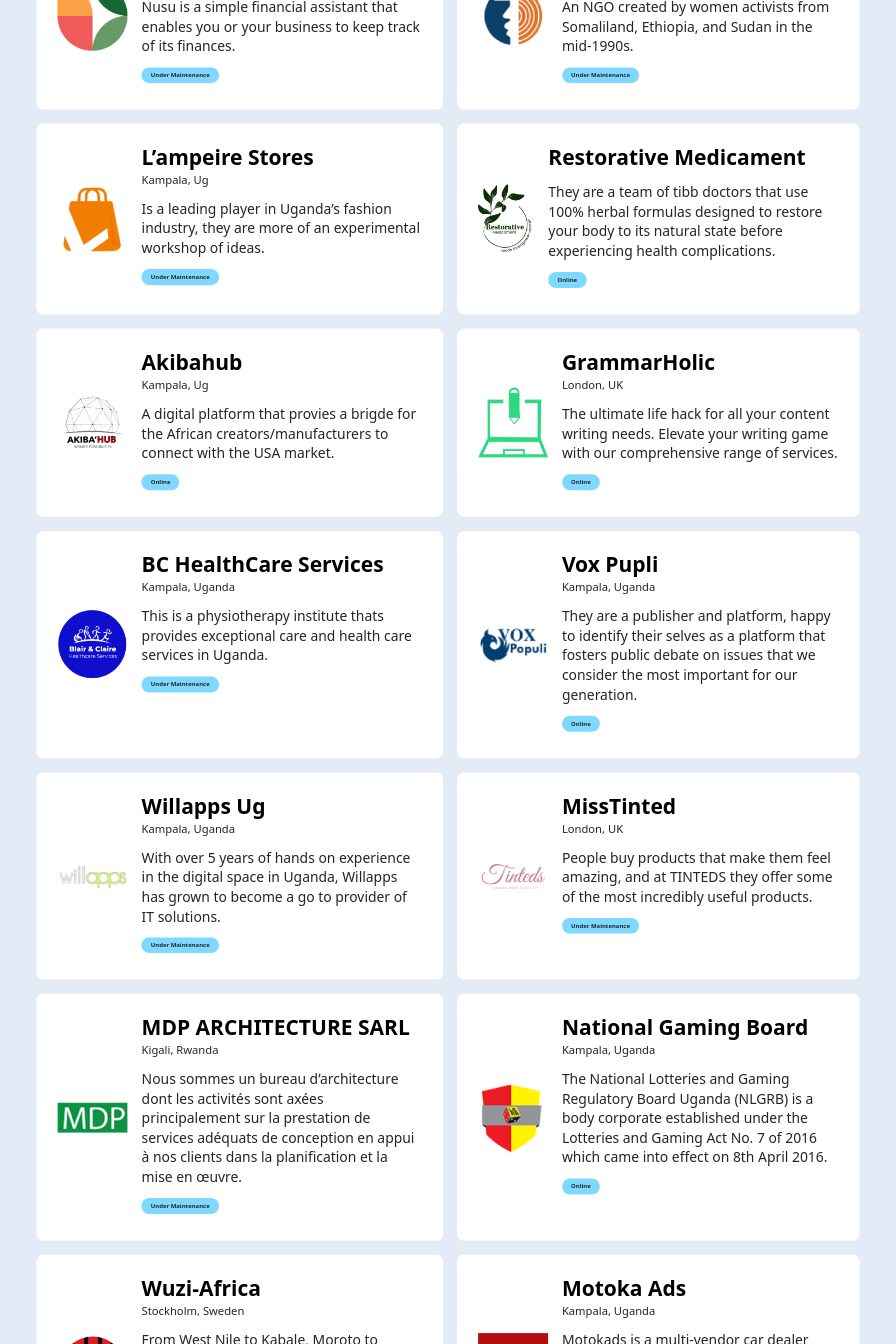
Repository: kaizoku010/firebrand
Page: /apps
An editor plug-in stored every save of this project. The page is shown before and after a run of saves, followed by the edit.
The browser window is 1280 px wide. The pictures show the part of the page from y = 1209 to 3129 px (the page is 3496 px tall before and 3520 px after), at 70% of full size.
The project was rebuilt for these pictures with package versions that can differ from the ones it lists, and the page was loaded fresh each time. Also part of the build but not shown: vite.config.js, src/update/homescreen.css, src/update/homescreen.js, src/update/blog.css, src/update/blog.js, src/update/connect.css, src/update/connect.js. Imported but missing from the stored project, and not drawn on this page: src/update/about.js.

Above is the page before, as saved 2024-05-27 13:25:22.

After the next 2 saves:
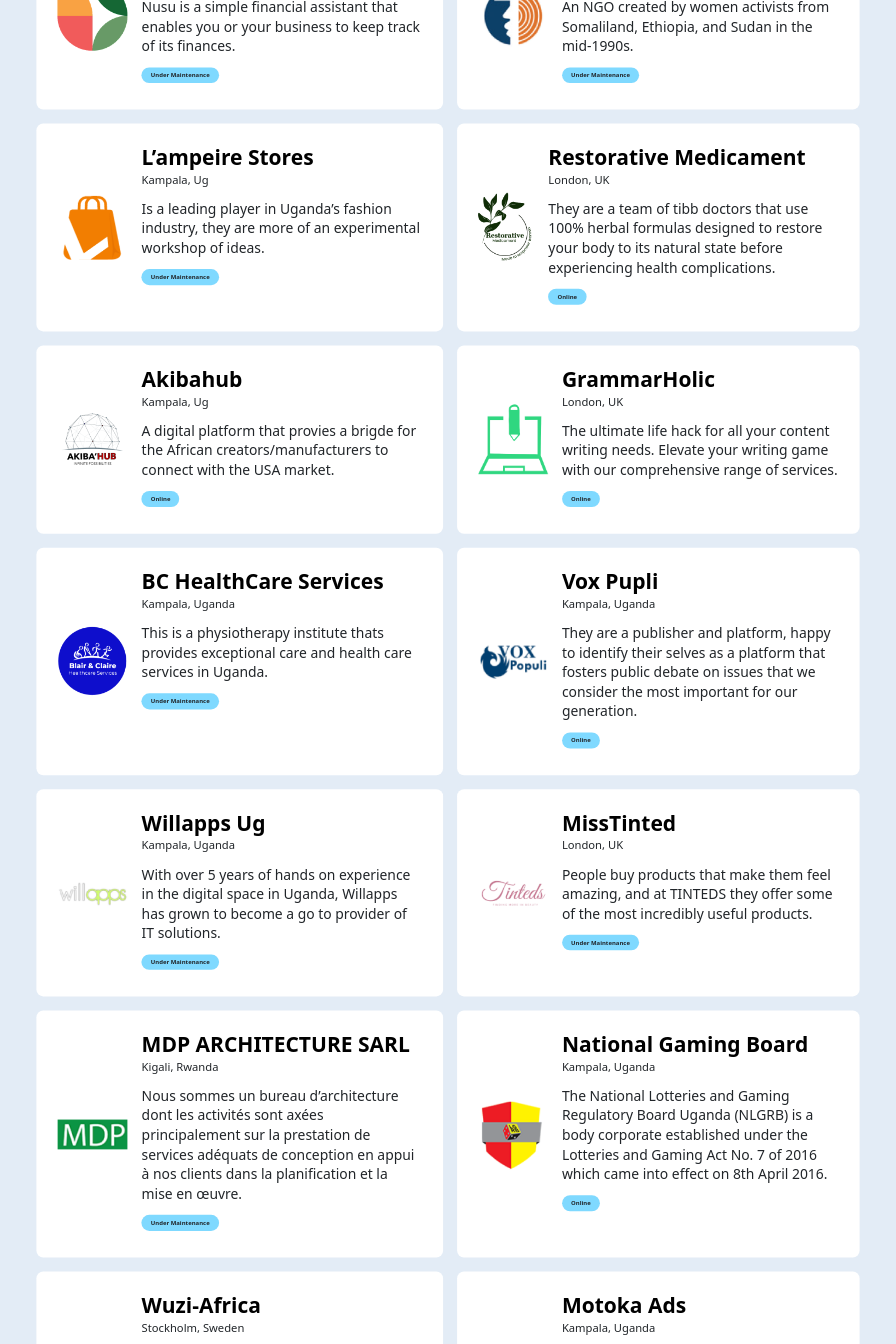
The 2 saves are shown as one change because they came seconds apart.
The last was saved 5 s later.
--- a/src/dataPoint/AllProjects.js
+++ b/src/dataPoint/AllProjects.js
@@ -106,6 +106,7 @@
       id: '332',
       title: 'Restorative Medicament',
       techStacks: ["Online"],
+      location: 'London, UK',
       desc: "They are a team of tibb doctors that use 100% herbal formulas designed to restore your body to its natural state before experiencing health complications.",
       icon: Medica,
       link: 'https://www.restorativemedicament.com/',
